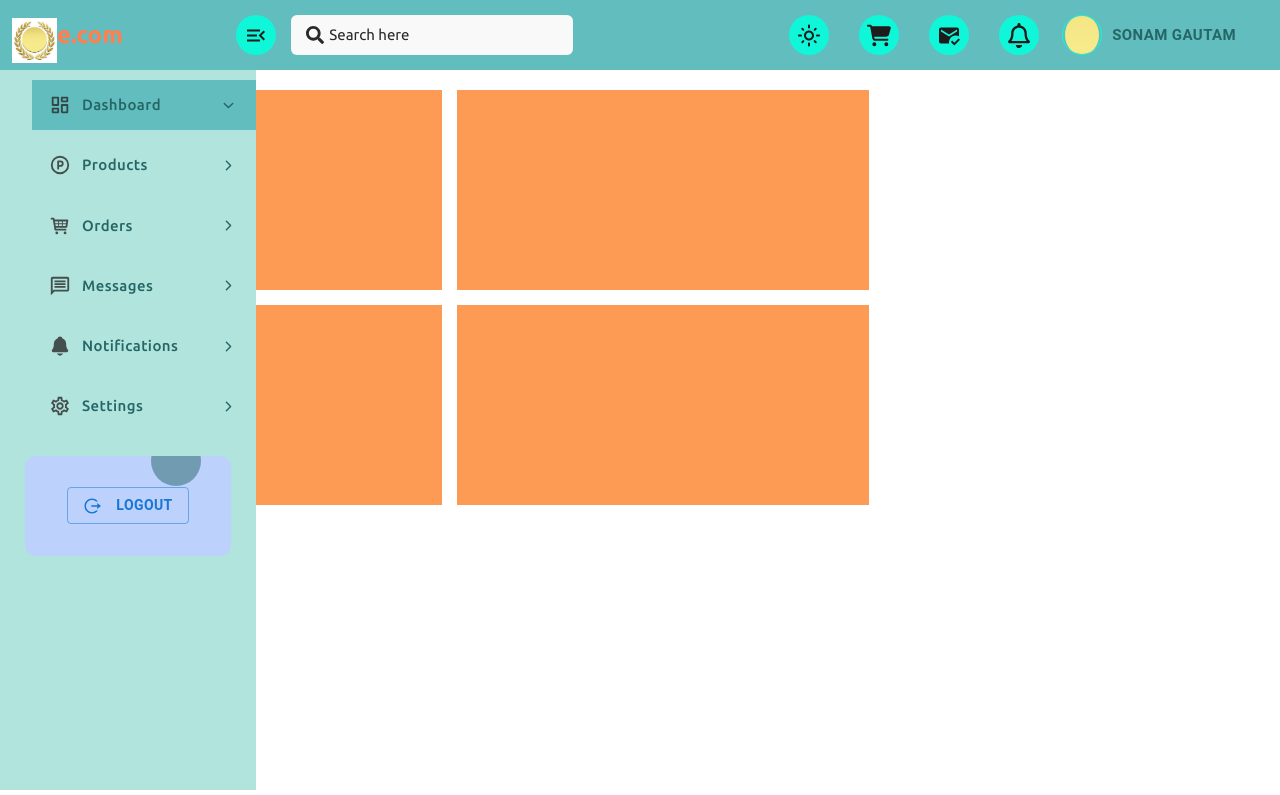
Repository: gautamsonam011/admin-react-dashboard
Page: /
The author's editor kept a copy of each file at every save. The page is drawn from the files as they stood at one save, then again after the next save.
The browser window is 1280 px wide. The pictures show the whole page.
The project was rebuilt for these pictures with package versions that can differ from the ones it lists, and the page was loaded fresh each time.

Above is the page before, as saved 2025-04-16 12:40:21.

### src/App.js
import { BrowserRouter, Routes, Route } from 'react-router-dom';
import './App.css';
import 'bootstrap/dist/css/bootstrap.min.css';
import Dashboard from './pages/Dashboard/Dashboard';
import Header from "./components/Header/index";
import Sidebar from './components/Sidebar';

function App() {
  return (
    <BrowserRouter>
    <Header/>
    <div className='main d-flex'>
      <div className='sidebarWrapper'>
        <Sidebar/>
      </div>
    </div>
    <div className='content'>
    <Routes>
      <Route path = "/" exact={true} element={<Dashboard/>} />
    </Routes>
    </div>

    </BrowserRouter>
  );
}

export default App;

### src/App.css
@import url('https://fonts.googleapis.com/css2?family=Ubuntu:ital,wght@0,300;0,400;0,500;0,700;1,300;1,400;1,500;1,700&display=swap');

body{
  font-family: "Ubuntu", sans-serif !important;
  background-color: #f4f8f7;

}

header{
  width:100%;
  height: 70px;
  background-color:#62bebe;
  position: fixed;
  top:0px;
  left:0px;
  z-index: 1000;
}
header .logo{
  text-decoration: none;
}
header .logo img{
  margin-top: 10px;
  width:45px;

}

header .logo span{
color: coral;
font-weight: bolder;
font-size: 24px;
}
header button.rounded-circle{min-width:40px !important; width:40px !important; height: 40px !important; background-color:#0ff7d8 !important; margin: 15px;}
header button.rounded-circle svg{color:rgb(29, 27, 27); font-size: 25px !important; transition: all 0.2s ease-in-out;}
header button.rounded-circle:hover svg{color: #2585d4 !important;}
.searchBox{width:400px; height: 40px; background-color:#faf9f9; border-radius: 6px;padding: 3px 15px;}
.searchBox input{background: transparent;border:0px; outline:none; padding-left: 5px; font-size: 15px; color:#292929}
.searchBox input::-webkit-input-placeholder{color:#292929}
.searchBox svg{font-size: 18px; color:#292929 ;}

.userImg{display: flex; align-items:center; justify-content: center; overflow: hidden; width:40px; height: 40px; border:1px solid #0ff7d8; padding: 2px; border-radius: 100%;}
.userImg .rounded-circle{display: flex; align-items:center; justify-content: center; overflow: hidden; width: 40px; height: 40px; cursor: pointer; position: relative;}
.userImg .rounded-circle .img{object-fit: cover; width: 100%;}
.userInfo{padding-left: 10px;}
.userInfo h5{font-size: 15px; font-weight: 600; margin-bottom:0px; color: #266666;}

#account-menu li{font-size: 14px !important;}
#account-menu li svg{font-size: 20px !important}

.dropdown-info{padding-left: 6px;}
.dropdown-info h4{font-size: 15px; font-weight:600;margin-top: 2px; white-space: break-space; line-height: 21px;}
.dropdown-info p{font-size: 10px; color: #2585d4;}


/* Style for sidebar  */

.main .sidebarWrapper{width: 20%; flex: 0 0 20%; transition: all 0.3s ease-in-out;}
.main .sidebarWrapper .sidebar{width:20%; height: 100vh; position:fixed; top: 70px; left:0px; background:#b1e4dd; overflow-y: scroll; overflow-x: hidden;}
.main .sidebarWrapper .sidebar::-webkit-scrollbar-thumb{background: transparent !important; width:3px;}
.main .sidebarWrapper:hover .sidebar::-webkit-scrollbar{ background:#2585d4; width:3px;}
.main .sidebarWrapper .sidebar ul{margin-bottom:0px;}
.main .sidebarWrapper .sidebar ul li{list-style: none; margin-top:10px;}
.main .sidebarWrapper .sidebar ul li button{color:#266666; text-align: left; justify-content: left; border-radius:0px !important; padding: 12px 15px !important;
  align-items: center; text-transform: capitalize !important;font-family: "Ubuntu", sans-serif !important;
  margin-left: 0px; font-size: 15px !important;
}
.main .sidebarWrapper .sidebar ul li button .icon{display: flex; align-items:center; justify-content: center; width:25px; height:25px; margin-right: 10px;}
.main .sidebarWrapper .sidebar ul li button .icon svg{color:#292929; opacity: 0.8; font-size: 22px;}
.main .sidebarWrapper .sidebar ul li button .arrow{margin-left: auto; display: flex; align-items: center; justify-content: center; width: 25px; transition: all 0.3s ease-in-out}
.main .sidebarWrapper .sidebar ul li button:hover{background:#62bebe !important;}
.main .sidebarWrapper .sidebar ul li button.active{background: #62bebe !important;}
.main .sidebarWrapper .sidebar ul li button.active .arrow{transform: rotate(90deg);}

.main .sidebarWrapper .sidebar ul .submenu{padding: 0px 45px; position:relative; height:auto;}
.main .sidebarWrapper .sidebar ul .submenu::before{content:''; width:1px; height: 95%; position: absolute; top:0px; left:25px; background:rgba(0, 0, 0, 0.1);}
.main .sidebarWrapper .sidebar ul .submenu li{width:100%; list-style: none;}
.main .sidebarWrapper .sidebar ul .submenu li a{color:#266666 !important; text-decoration: none; font-family: "Ubuntu", sans-serif !important;
display: block; padding: 6px 0px; font-size: 14px !important; font-weight: 500; transition:all 0.3s}
.main .sidebarWrapper .sidebar ul .submenu li a:hover{color:#2585d4 !important;}

.main .sidebarWrapper .sidebar ul .submenuWrapper{transition:all 0.3s ease-in-out; height: 0px; overflow: hidden; }
.main .sidebarWrapper .sidebar ul .submenuWrapper.colapsed .submenu{opacity:0;}

.main .sidebarWrapper .sidebar ul .submenuWrapper.colapse{height:auto; overflow: inherit;}
.main .sidebarWrapper .sidebar ul .submenuWrapper.colapse .submenu{opacity:1; height:auto;}

.logoutWrapper{padding: 0px 25px;}
.logoutWrapper .logoutBox{width:100%; height:100px; padding: 25px; background:#bcd2fd; border-radius:10px; margin-bottom:20px; display:flex; align-items: center; justify-content: center;
position:relative; overflow:hidden;}
.logoutWrapper .logoutBox::before{content:''; width:50px; height:50px; background:#266666; border-radius: 100%; position:absolute; top: -20px; right: 30px; opacity:0.5}
.logoutWrapper .logoutBox::after{content:''; width:30px; height:30px; background:#266666; border-radius: 100%; position:absolute; top: -30px; left: 30px; opacity:0.5}
.logoutWrapper .logoutBox button{font-size:14px !important; font-weight: 600 !important; }
.logoutWrapper .logoutBox button svg{margin-right: 15px; font-size:18px;}

.main .content{width:80%; flex: 0 0 80%;}
.right-content{padding: 90px 30px;}
.dashboardBoxWrapper{gap: 15px; width:100%; flex-wrap: wrap;}
.dashboardBoxWrapper .dashboardBox{width:45%; height: 200px; background-color:rgb(253, 154, 83);}

### src/pages/Dashboard/Dashboard.jsx
const Dashboard = () => {
    return (
        <div className="right-content w-100">
            <div>
                <div className="col-md-9">
                    <div className="dashboardBoxWrapper d-flex">
                        <div className="dashboardBox"></div>
                        <div className="dashboardBox"></div>
                        <div className="dashboardBox"></div>
                        <div className="dashboardBox"></div>
                    </div>
                </div>
                <div className="col-md-3">
                    <div className="dashboardBoxWrapper d-flex">
                        <div className="dashboardBox"></div>
                    </div>
                </div>
            </div>
        </div>
    )
}

export default Dashboard;

### src/components/Header/index.jsx
import React, { useState } from 'react';
import { Link } from "react-router-dom";
import logo from "../../assests/images/logo.jpg";
import Button from '@mui/material/Button';
import { MdMenuOpen } from "react-icons/md";
// import { MdOutlineMenu } from "react-icons/md";
import SearchBox from "../SearchBox";
import { MdOutlineLightMode } from "react-icons/md";
// import { MdDarkMode } from "react-icons/md";
import { FaCartShopping } from "react-icons/fa6";
import { MdMarkEmailRead } from "react-icons/md";
import { FaRegBell } from "react-icons/fa";


import Avatar from '@mui/material/Avatar';
import Menu from '@mui/material/Menu';
import MenuItem from '@mui/material/MenuItem';
import ListItemIcon from '@mui/material/ListItemIcon';
import Divider from '@mui/material/Divider';
import { FaShieldAlt } from "react-icons/fa";
import Settings from '@mui/icons-material/Settings';
import Logout from '@mui/icons-material/Logout';

const Header = () => {
    const [anchorEl, setAnchorEl] = useState(null);
    const [anchorElNotification, setAnchorElNotification] = useState(null);

    const open = Boolean(anchorEl);

    const handleOpenMyAccountDropdown = (event) => {
        if (anchorEl) {
            setAnchorEl(null);
        } else {
            setAnchorEl(event.currentTarget);
        }
    };

    const handleOpenMyAccountDropdownClose = () => {
        setAnchorEl(null);
    };

    // For Notification dropdown
    const handleOpennotificationsDrop = (event) => {
        setAnchorElNotification(event.currentTarget);
    };

    const handleClosenotificationsDrop = () => {
        setAnchorElNotification(null);
    };



    return (
        <>
            <header>
                <div className="container-fluid">
                    <div className="row d-flex align-items-center w-100">
                        {/* logo */}
                        <div className="col-sm-2">
                            <Link to="/" className="d-flex align-items-center logo">
                                <img src={logo} alt="logo" />
                                <span className="ml-2">e.com</span>
                            </Link>
                        </div>
                        <div className="col-sm-3 d-flex align-items-center pl-4">
                            <Button className="rounded-circle"><MdMenuOpen /></Button>
                            <SearchBox />
                        </div>
                        <div className="col-sm-7 d-flex align-items-center justify-content-end part3">
                            <Button className="rounded-circle"><MdOutlineLightMode /></Button>
                            <Button className="rounded-circle"><FaCartShopping /></Button>
                            <Button className="rounded-circle"><MdMarkEmailRead /></Button>
                            <Button className="rounded-circle" onClick={handleOpennotificationsDrop}>
                                <FaRegBell />
                            </Button>
                            <Menu
                                anchorEl={anchorElNotification}
                                open={Boolean(anchorElNotification)}
                                onClose={handleClosenotificationsDrop}
                                onClick={handleClosenotificationsDrop}
                                slotProps={{
                                    paper: {
                                        elevation: 0,
                                        sx: {
                                            overflow: 'visible',
                                            filter: 'drop-shadow(0px 2px 8px rgba(0,0,0,0.32))',
                                            mt: 1.5,
                                            '&::before': {
                                                content: '""',
                                                display: 'block',
                                                position: 'absolute',
                                                top: 0,
                                                right: 14,
                                                width: 10,
                                                height: 10,
                                                bgcolor: 'background.paper',
                                                transform: 'translateY(-50%) rotate(45deg)',
                                                zIndex: 0,
                                            },
                                        },
                                    },
                                }}
                                transformOrigin={{ horizontal: 'right', vertical: 'top' }}
                                anchorOrigin={{ horizontal: 'right', vertical: 'bottom' }}
                            >
                                <MenuItem onClick={handleClosenotificationsDrop}>
                                    Orders(12)
                                </MenuItem>
                                <Divider className="mb-2" />
                                <MenuItem onClick={handleClosenotificationsDrop}>
                                    <div className="d-flex align-items-center dropdown-list">

                                        <div className="userImg">
                                        <span className="rounded-circle">
                                            <img src={logo} alt="profile" />
                                        </span>

                                    </div>
                                    <div className='dropdown-info'>
                                        <h4><b>Sona</b> added Leather New Shoes</h4>
                                        <p>Few minutes ago</p>
                                    </div>
                                    </div>

                                </MenuItem>
                                <MenuItem onClick={handleClosenotificationsDrop}>
                                    <div className="d-flex align-items-center dropdown-list">

                                        <div className="userImg">
                                        <span className="rounded-circle">
                                            <img src={logo} alt="profile" />
                                        </span>

                                    </div>
                                    <div className='dropdown-info'>
                                        <h4><b>Sona</b> added Leather New Shoes</h4>
                                        <p>Few minutes ago</p>
                                    </div>
                                    </div>

                                </MenuItem>
                            </Menu>

                            <div className="myAccountWrapper">
                                <Button className="myAccount d-flex align-items-center" onClick={handleOpenMyAccountDropdown}>
                                    <div className="userImg">
                                        <span className="rounded-circle">
                                            <img src={logo} alt="profile" />
                                        </span>

                                    </div>
                                    <div className="userInfo">
                                        <h5>Sonam Gautam</h5>
                                    </div>

                                    <Menu
                                        anchorEl={anchorEl}
                                        id="account-menu"
                                        open={open}
                                        onClose={handleOpenMyAccountDropdownClose}
                                        onClick={handleOpenMyAccountDropdownClose}
                                        slotProps={{
                                            paper: {
                                                elevation: 0,
                                                sx: {
                                                    overflow: 'visible',
                                                    filter: 'drop-shadow(0px 2px 8px rgba(0,0,0,0.32))',
                                                    mt: 1.5,
                                                    '& .MuiAvatar-root': {
                                                        width: 32,
                                                        height: 32,
                                                        ml: -0.5,
                                                        mr: 1,
                                                    },
                                                    '&::before': {
                                                        content: '""',
                                                        display: 'block',
                                                        position: 'absolute',
                                                        top: 0,
                                                        right: 14,
                                                        width: 10,
                                                        height: 10,
                                                        bgcolor: 'background.paper',
                                                        transform: 'translateY(-50%) rotate(45deg)',
                                                        zIndex: 0,
                                                    },
                                                },
                                            },
                                        }}
                                        transformOrigin={{ horizontal: 'right', vertical: 'top' }}
                                        anchorOrigin={{ horizontal: 'right', vertical: 'bottom' }}
                                    >
                                        <MenuItem onClick={handleOpenMyAccountDropdownClose}>
                                            <Avatar /> Profile
                                        </MenuItem>
                                        <Divider />
                                        <MenuItem onClick={handleOpenMyAccountDropdownClose}>
                                            <ListItemIcon>
                                                <FaShieldAlt fontSize="small" />
                                            </ListItemIcon>
                                            Reset Password
                                        </MenuItem>
                                        <MenuItem onClick={handleOpenMyAccountDropdownClose}>
                                            <ListItemIcon>
                                                <Settings fontSize="small" />
                                            </ListItemIcon>
                                            Settings
                                        </MenuItem>
                                        <MenuItem onClick={handleOpenMyAccountDropdownClose}>
                                            <ListItemIcon>
                                                <Logout fontSize="small" />
                                            </ListItemIcon>
                                            Logout
                                        </MenuItem>
                                    </Menu>
                                </Button>
                            </div>
                        </div>
                    </div>
                </div>
            </header>
        </>
    )
}

export default Header

### src/components/Sidebar/index.jsx
import Button from '@mui/material/Button';
import { RiDashboardLine } from "react-icons/ri";
import { IoIosArrowForward } from "react-icons/io";
import { TbBrandProducthunt } from "react-icons/tb";
import { TiShoppingCart } from "react-icons/ti";
import { MdOutlineMessage } from "react-icons/md";
import { IoNotifications } from "react-icons/io5";
import { MdOutlineSettings } from "react-icons/md";
import { Link } from 'react-router-dom';
import React, {useState} from "react";
import { RiLogoutCircleRLine } from "react-icons/ri";

const Sidebar = () =>{
    const [activeTab, setActiveTab] = useState(0);
    const [isToggleSubmenu, setIsToggleSubmenu] = useState(false);

    const isOpenSubmenu = (index) =>{
        setActiveTab(index);
        setIsToggleSubmenu(!isToggleSubmenu);


    }

    return(
        <div className="sidebar">
            <ul>
                <li>
                    <Link to="/">
                    <Button className={`w-100 ${activeTab === 0 ? 'active' : ''}`} onClick={()=>isOpenSubmenu(0)}>
                        <span className='icon'><RiDashboardLine/></span>
                        Dashboard
                        <span className="arrow"><IoIosArrowForward/></span>
                    </Button>
                    </Link>
                </li>
                <li>
                    <Button className={`w-100 ${activeTab === 1 && isToggleSubmenu===true ?  'active' : ''}`} onClick={()=>isOpenSubmenu(1)}>
                        <span className='icon'><TbBrandProducthunt/></span>
                        Products
                        <span className="arrow"><IoIosArrowForward/></span>
                    </Button>
                    <div className={`submenuWrapper ${activeTab===1 && isToggleSubmenu===true ? 'colapse':'colapsed'}`}>
                    <ul className='submenu'>
                        <li><Link to="#">Product Add</Link></li>
                        <li><Link to="#">Product List</Link></li>
                        <li><Link to="#">Product View</Link></li>
                    </ul>
                    </div>
                </li>
                <li>
                    <Link to="/">
                    <Button className={`w-100 ${activeTab === 2 ? 'active' : ''}`} onClick={()=>isOpenSubmenu(2)}>
                        <span className='icon'><TiShoppingCart/></span>
                        Orders
                        <span className="arrow"><IoIosArrowForward/></span>
                    </Button>
                    </Link>
                </li>
                <li>
                    <Link to="/">
                    <Button className={`w-100 ${activeTab === 3 ? 'active' : ''}`} onClick={()=>isOpenSubmenu(3)}>
                        <span className='icon'><MdOutlineMessage/></span>
                        Messages
                        <span className="arrow"><IoIosArrowForward/></span>
                    </Button>
                    </Link>
                </li>
                <li>
                    <Link to="/">
                    <Button className={`w-100 ${activeTab === 4 ? 'active' : ''}`} onClick={()=>isOpenSubmenu(4)}>
                        <span className='icon'><IoNotifications/></span>
                        Notifications
                        <span className="arrow"><IoIosArrowForward/></span>
                    </Button>
                    </Link>
                </li>
                <li>
                    <Link to="/">
                    <Button className={`w-100 ${activeTab === 5 ? 'active' : ''}`} onClick={()=>isOpenSubmenu(5)}>
                        <span className='icon'><MdOutlineSettings /></span>
                        Settings
                        <span className="arrow"><IoIosArrowForward/></span>
                    </Button>
                    </Link>
                </li>
            </ul>
            <br/>
            <div className="logoutWrapper">
                <div className="logoutBox">
            <Button variant="outlined"> <RiLogoutCircleRLine/>Logout</Button>
            </div>
            </div>
        </div>
    )
}

export default Sidebar

### src/components/SearchBox.jsx
import { FaSearch } from "react-icons/fa";

const SearchBox = () =>{
    return (
        <div className="searchBox position-relative d-flex align-items-center">
            <FaSearch className="mr-2" />
            <input type="text" placeholder="Search here"  />
        </div>
    )
}

export default SearchBox;

Loaded but not shown: public/index.html (common file); src/index.js (common file); src/reportWebVitals.js (common file)

After the next save:
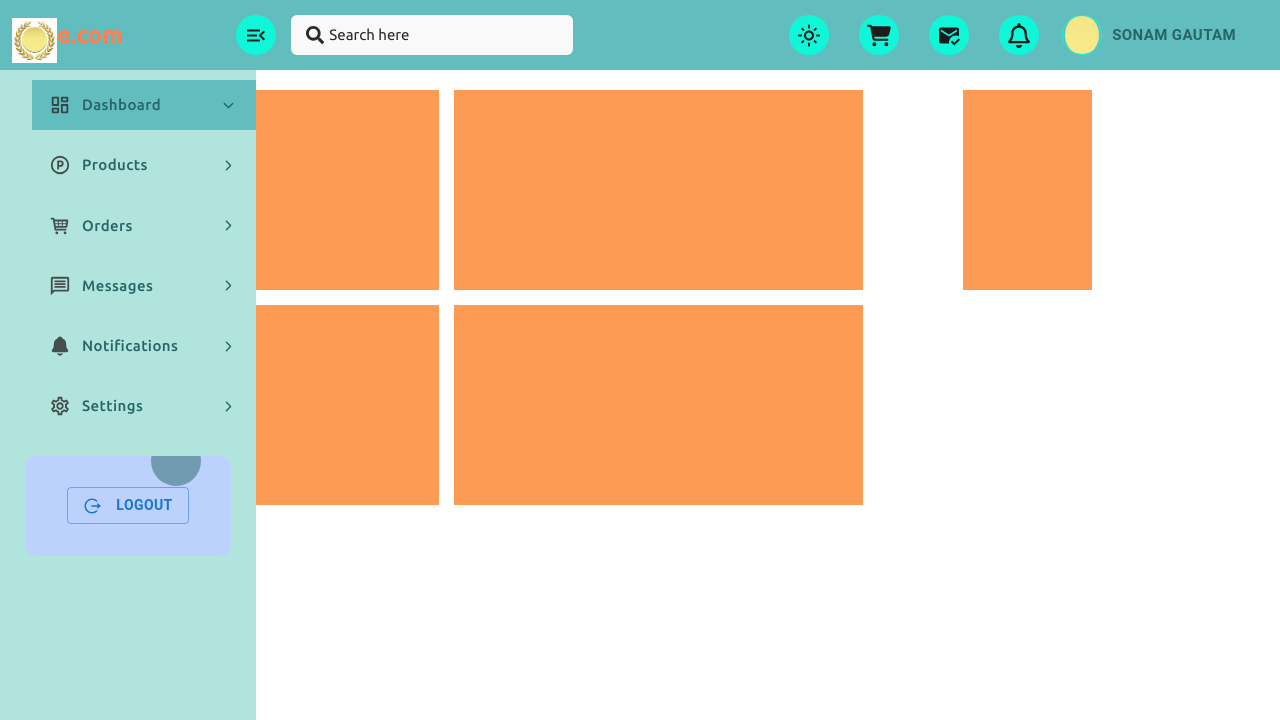
Saved 77 s later.
--- a/src/pages/Dashboard/Dashboard.jsx
+++ b/src/pages/Dashboard/Dashboard.jsx
@@ -1,7 +1,7 @@
 const Dashboard = () => {
     return (
         <div className="right-content w-100">
-            <div>
+            <div className="row dashboardBoxWrapperRow ">
                 <div className="col-md-9">
                     <div className="dashboardBoxWrapper d-flex">
                         <div className="dashboardBox"></div>
